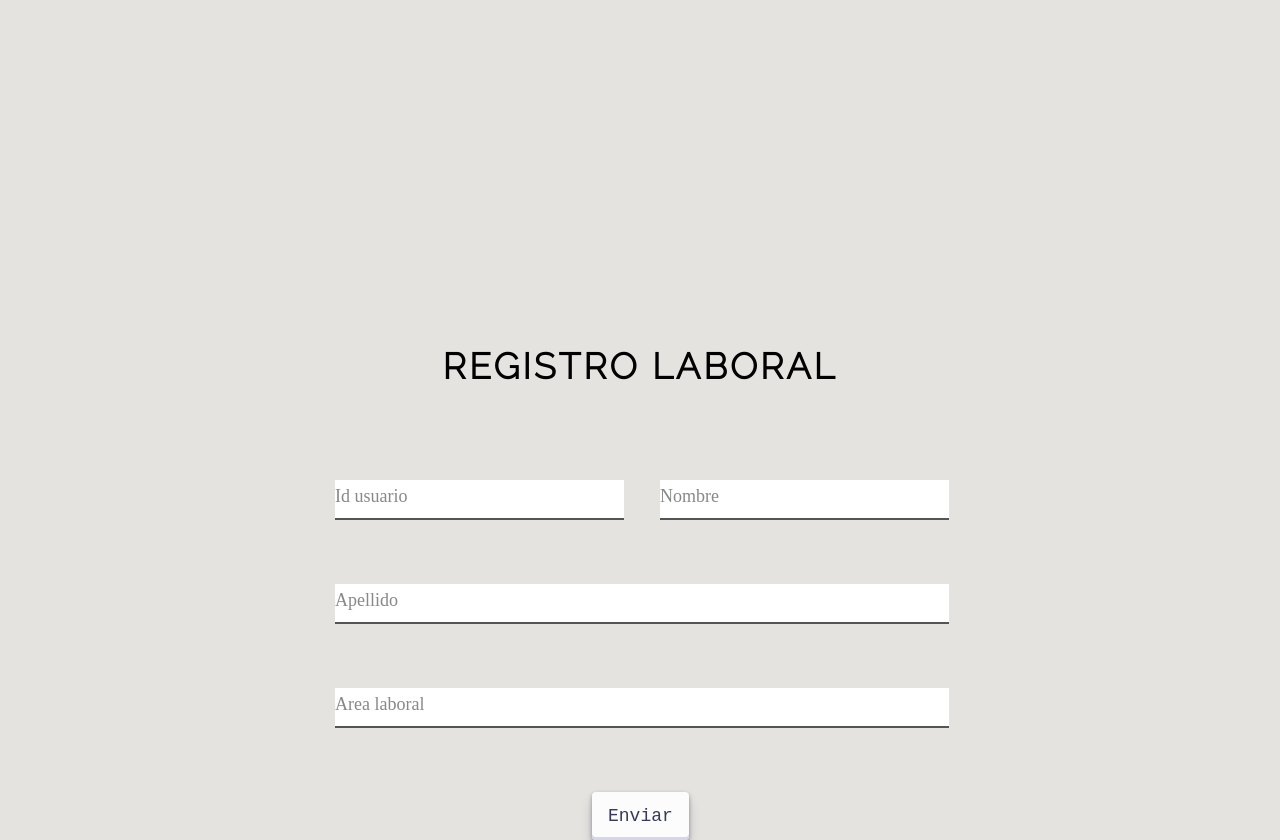
Repository: Alejandr0Aceved0/AWS_SERVICES_AND_INSTANCES
Page: register.html
An editor plug-in stored every save of this project. The page is shown before and after the next save, followed by the edit.
The browser window is 1280 px wide. The pictures show the whole page.
Some web fonts or font styles are not loaded; a fallback is used.

Above is the page before, as saved 2024-10-17 16:45:11.

### register.html
<!DOCTYPE html>
<html>

<head>
    <meta charset='utf-8'>
    <meta http-equiv='X-UA-Compatible' content='IE=edge'>
    <title>Register Page</title>
    <meta name='viewport' content='width=device-width, initial-scale=1'>
    <link rel='stylesheet' type='text/css' media='screen' href='styles/appRegister.css'>
    <script src='appRegister.js'></script>
</head>

<body>

    <section class="get-in-touch">
        <h1 class="title">Registro Laboral</h1>
        <form class="contact-form row">
           <div class="form-field col x-50">
              <input id="name" class="input-text js-input" type="text" required>
              <label class="label" for="name">Id usuario</label>
           </div>
           <div class="form-field col x-50">
              <input id="email" class="input-text js-input" type="email" required>
              <label class="label" for="email">Nombre</label>
           </div>
           <div class="form-field col x-100">
              <input id="message" class="input-text js-input" type="text" required>
              <label class="label" for="message">Apellido</label>
           </div>

           <div class="form-field col x-100">
            <input id="message" class="input-text js-input" type="text" required>
            <label class="label" for="message">Area laboral</label>
           </div>

           <div class="form-field col x-100 align-center">
            <button class="button-30" type="submit" role="button">Enviar</button>
           </div>
        </form>
     </section>



    <!-- <div class="form-field col x-50">
        <input id="name" class="input-text js-input" type="text" required>
        <label class="label" for="name">Name</label>
     </div>

    <p>
    <h1>Registro de usuario</h1>

    <input type="text" placeholder="Id usuario" class="form-input-text__FormInput-sc-xxedi2-0 form-input-text___StyledFormInput-sc-xxedi2-1 dzARff ldZduL">
    <br>

    <input type="text" placeholder="Nombre" class="form-input-text__FormInput-sc-xxedi2-0 form-input-text___StyledFormInput-sc-xxedi2-1 dzARff ldZduL">
    <br>

    <input type="text" placeholder="Apellido" class="form-input-text__FormInput-sc-xxedi2-0 form-input-text___StyledFormInput-sc-xxedi2-1 dzARff ldZduL">
    <br>

    <input type="text" placeholder="Area laboral" class="form-input-text__FormInput-sc-xxedi2-0 form-input-text___StyledFormInput-sc-xxedi2-1 dzARff ldZduL">
    <br>
    <br>

    <input type="text" placeholder="Click Me!" class="form-input-text__FormInput-sc-xxedi2-0 form-input-text___StyledFormInput-sc-xxedi2-1 dzARff ldZduL">
    <br>

    <button class="button-30" role="button">Registrar</button> -->
</body>

</html>

### styles/appRegister.css
@import url(https://fonts.googleapis.com/css?family=Raleway:300);
@import url(https://fonts.googleapis.com/css?family=Lusitana:400,700);

@mixin clearfix {
    &:after {
        content: "";
        display: table;
        clear: both;
    }
}

.align-center {
    text-align: center;
}


html {
    height: 100%;
}

body {
    height: 100%;
    position: relative;
    background-color: #e4e3df
}

.row {
    @include clearfix;
    margin: -20px 0;

    .col {
        padding: 0 20px;
        float: left;
        box-sizing: border-box;

        &.x-50 {
            width: 50%;
        }

        &.x-100 {
            width: 100%;
        }
    }
}

.content-wrapper {
    min-height: 100%;
    position: relative;
}

.get-in-touch {
    max-width: 650px;
    margin: 0 auto;
    position: relative;
    top: 50%;
    transform: translateY(-50%);

    .title {
        text-align: center;
        font-family: Raleway, sans-serif;
        text-transform: uppercase;
        letter-spacing: 3px;
        font-size: 36px;
        line-height: 48px;
        padding-bottom: 48px;
    }
}

.contact-form {
    .form-field {
        position: relative;
        margin: 32px 0;
    }

    .input-text {
        display: block;
        width: 100%;
        height: 36px;
        border-width: 0 0 2px 0;
        border-color: #000;
        font-family: Lusitana, serif;
        font-size: 18px;
        line-height: 26px;
        font-weight: 400;

        &:focus {
            outline: none;
        }

        &:focus,
        &.not-empty {
            +.label {
                transform: translateY(-24px);
            }
        }
    }

    .label {
        position: absolute;
        left: 20px;
        bottom: 11px;
        font-family: Lusitana, serif;
        font-size: 18px;
        line-height: 26px;
        font-weight: 400;
        color: #888;
        cursor: text;
        transition: transform .2s ease-in-out;
    }

    .submit-btn {
        display: inline-block;
        background-color: #000;
        color: #e4e3df;
        font-family: Raleway, sans-serif;
        text-transform: uppercase;
        letter-spacing: 2px;
        font-size: 16px;
        line-height: 24px;
        padding: 8px 16px;
        border: none;
        cursor: pointer;
    }
}

.note {
    position: absolute;
    left: 0;
    bottom: 10px;
    width: 100%;
    text-align: center;
    font-family: Lusitana, serif;
    font-size: 16px;
    line-height: 21px;

    .link {
        color: #888;
        text-decoration: none;

        &:hover {
            text-decoration: underline;
        }
    }
}


.button-30 {
    align-items: center;
    appearance: none;
    background-color: #FCFCFD;
    border-radius: 4px;
    border-width: 0;
    box-shadow: rgba(45, 35, 66, 0.4) 0 2px 4px, rgba(45, 35, 66, 0.3) 0 7px 13px -3px, #D6D6E7 0 -3px 0 inset;
    box-sizing: border-box;
    color: #36395A;
    cursor: pointer;
    display: inline-flex;
    font-family: "JetBrains Mono", monospace;
    height: 48px;
    justify-content: center;
    line-height: 1;
    list-style: none;
    overflow: hidden;
    padding-left: 16px;
    padding-right: 16px;
    position: relative;
    text-align: left;
    text-decoration: none;
    transition: box-shadow .15s, transform .15s;
    user-select: none;
    -webkit-user-select: none;
    touch-action: manipulation;
    white-space: nowrap;
    will-change: box-shadow, transform;
    font-size: 18px;
}

.button-30:focus {
    box-shadow: #D6D6E7 0 0 0 1.5px inset, rgba(45, 35, 66, 0.4) 0 2px 4px, rgba(45, 35, 66, 0.3) 0 7px 13px -3px, #D6D6E7 0 -3px 0 inset;
}

.button-30:hover {
    box-shadow: rgba(45, 35, 66, 0.4) 0 4px 8px, rgba(45, 35, 66, 0.3) 0 7px 13px -3px, #D6D6E7 0 -3px 0 inset;
    transform: translateY(-2px);
}

.button-30:active {
    box-shadow: #D6D6E7 0 3px 7px inset;
    transform: translateY(2px);
}

Loaded but not shown: appRegister.js (no copy from this time; the picture is the same without it)

After the next save:
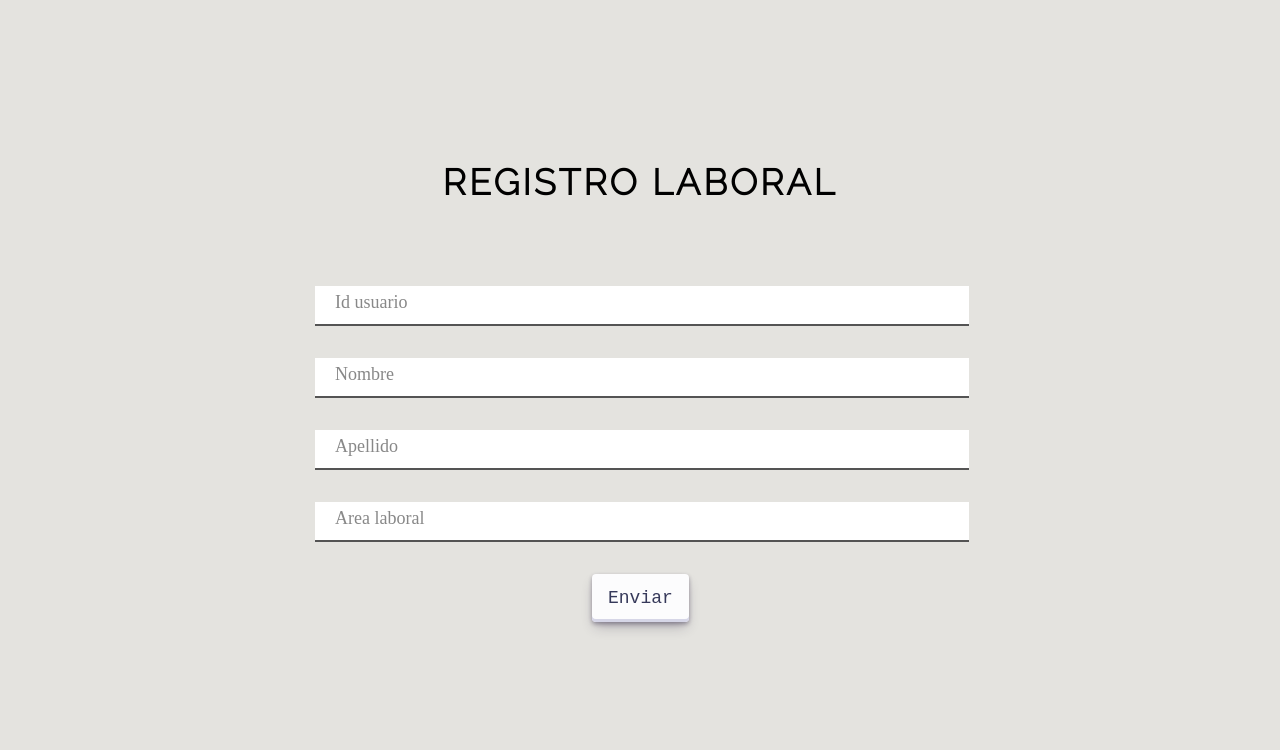
Saved 9 s later.
--- a/register.html
+++ b/register.html
@@ -14,7 +14,7 @@
 
     <section class="get-in-touch">
         <h1 class="title">Registro Laboral</h1>
-        <form class="contact-form row">
+        <form class="contact-form column">
            <div class="form-field col x-50">
               <input id="name" class="input-text js-input" type="text" required>
               <label class="label" for="name">Id usuario</label>
